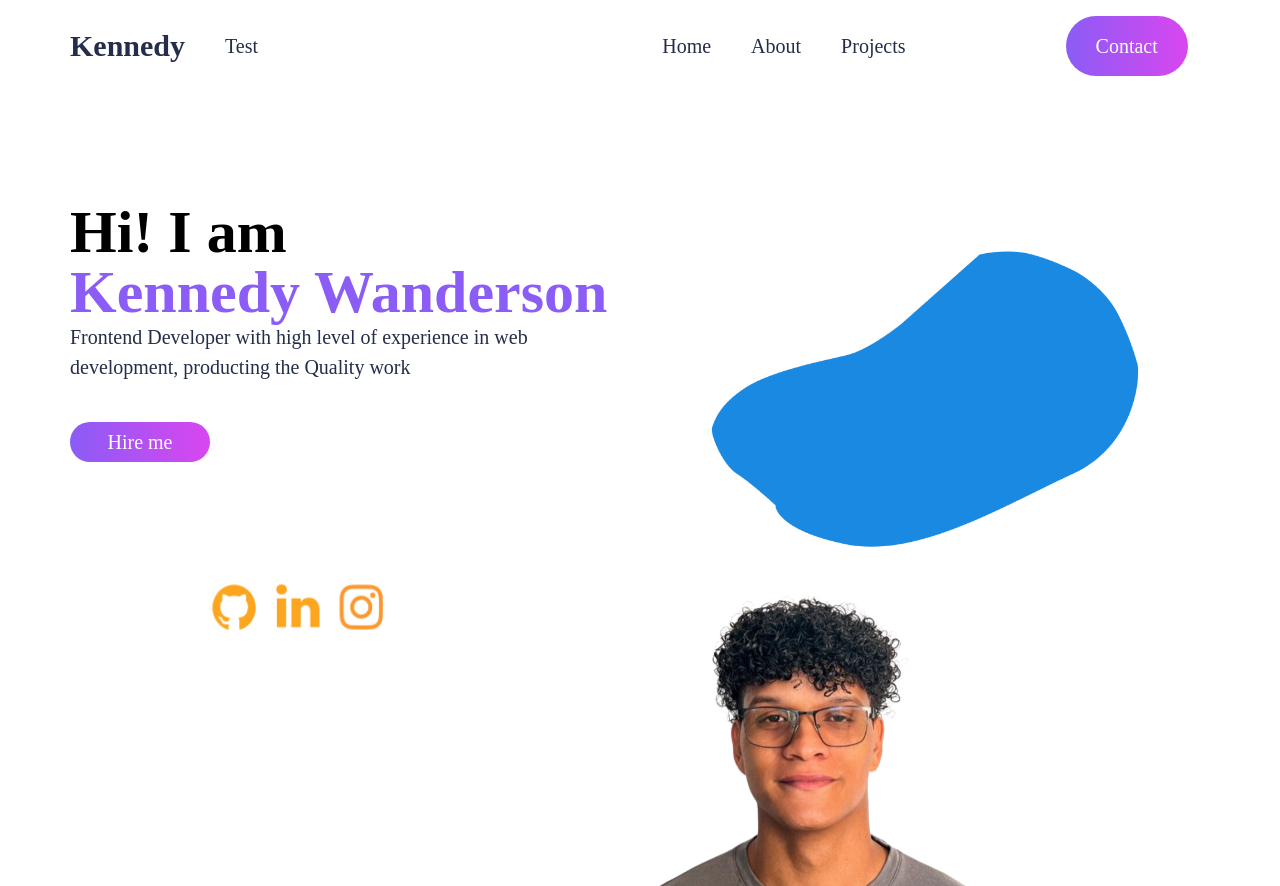
Repository: KennedyWanderson/portfolio
Page: /
These files come from the project's save history. The page is drawn as it stood at one moment and after a run of saves; the edit follows.
The browser window is 1280 px wide. The pictures show the whole page.
Some web fonts or font styles are not loaded; a fallback is used. The project was rebuilt for these pictures with package versions that can differ from the ones it lists, and the page was loaded fresh each time.

Above is the page before, as saved 2024-01-17 11:36:47.

### public/index.html
<!DOCTYPE html>
<html lang="en">
  <head>
    <meta charset="utf-8" />
    <link rel="icon" href="%PUBLIC_URL%/favicon.ico" />
    <meta name="viewport" content="width=device-width, initial-scale=1" />
    <meta name="theme-color" content="#000000" />
    <meta
      name="description"
      content="Web site created using create-react-app"
    />

    <style>
      @font-face{
        font-family: Gumela;
        src: url('../src/fonts/*');
      }

      *{
        font-family: 'Gumela';
        font-weight: normal;
        font-size: 20px;
      }
      body{
        margin: 0;
      }
    </style>
    <link rel="apple-touch-icon" href="%PUBLIC_URL%/logo192.png" />
    <!--
      manifest.json provides metadata used when your web app is installed on a
      user's mobile device or desktop. See https://developers.google.com/web/fundamentals/web-app-manifest/
    -->
    <link rel="manifest" href="%PUBLIC_URL%/manifest.json" />
    <!--
      Notice the use of %PUBLIC_URL% in the tags above.
      It will be replaced with the URL of the `public` folder during the build.
      Only files inside the `public` folder can be referenced from the HTML.

      Unlike "/favicon.ico" or "favicon.ico", "%PUBLIC_URL%/favicon.ico" will
      work correctly both with client-side routing and a non-root public URL.
      Learn how to configure a non-root public URL by running `npm run build`.
    -->
    <title>React App</title>
  </head>
  <body>
    <noscript>You need to enable JavaScript to run this app.</noscript>
    <div id="root"></div>
    <!--
      This HTML file is a template.
      If you open it directly in the browser, you will see an empty page.

      You can add webfonts, meta tags, or analytics to this file.
      The build step will place the bundled scripts into the <body> tag.

      To begin the development, run `npm start` or `yarn start`.
      To create a production bundle, use `npm run build` or `yarn build`.
    -->
  </body>
</html>

### src/index.css
@import 'tailwindcss/base';
@import 'tailwindcss/components';
@import 'tailwindcss/utilities';

:root
{
  --yellow: #F5C32C;
    --orange : #FCA61F;
    --black : #242D49;
    --gray : #788097;
    --blueCard : #DDF8FE;
    --purple: rgb(238 210 255);
    --boxShadow : 0px 19px 60px rgb(0 0 0 / 8%);
    --orangeCard: rgba(252, 166, 31, 0.45);
    --smboxShadow: -79px 51px 60px rgba(0, 0, 0, 0.08);
}

.App{
    padding: 0.5rem 3.5rem;
    overflow: hidden;
    color: var(--black);
}

### src/App.js
import logo from './logo.svg';
import './App.css';
import './index.css'
import Navbar from './Components/Navbar/Navbar';
import About from './Components/About/About';

function App() {
  return (
    <div className="App">
      <Navbar />
      <About />
    </div>
  );
}

export default App;

### src/App.css
@import 'tailwindcss/base';
@import 'tailwindcss/components';
@import 'tailwindcss/utilities';

:root
{
  --yellow: #F5C32C;
    --orange : #FCA61F;
    --black : #242D49;
    --gray : #788097;
    --blueCard : #DDF8FE;
    --purple: rgb(238 210 255);
    --boxShadow : 0px 19px 60px rgb(0 0 0 / 8%);
    --orangeCard: rgba(252, 166, 31, 0.45);
    --smboxShadow: -79px 51px 60px rgba(0, 0, 0, 0.08);
}

.App{
    padding: 0.5rem 3.5rem;
    overflow: hidden;
    color: var(--black);
}

.button{
  border-radius: 34px;
  border: none;
  color: white;
  font-size: 16px;
  padding: 10px;
}

### src/Components/Navbar/Navbar.jsx
import React from "react";

const Navbar = () => {
    return(             //h-screen
        <div className="h-[10vh] flex justify-between">
            <div className="flex-1 flex items-center gap-8">
                <div className="text-2xl font-bold">Kennedy</div>
                <span>Test</span>
            </div>
            <div className="flex flex-1 items-center justify-center font-normal">
                <div className="flex-grow-10">
                    <ul className="flex gap-8 mr-32 hover:cursor-grab">
                        <li className="hover:text-orange-500">Home</li>
                        <li className="hover:text-orange-500">About</li>
                        <li className="hover:text-orange-500">Projects</li>
                    </ul>
                </div>
                <button className=" rounded-3xl	border-none	text-white text-base pt-3 p-3 pr-6 pl-6 bg-gradient-to-r from-violet-500 to-fuchsia-500
                hover:cursor-grab bg-white hover:text-orange-500
                ">Contact</button>
            </div>
        </div>
    )
}

export default Navbar;

### src/Components/About/About.jsx
import React from "react";
import Github from '../../img/github.png'
import Instagram from '../../img/instagram.png'
import Linkedin from '../../img/linkedin.png'
import Profile from '../../img/eu.png'
import Vector1 from '../../img/Vector1.png'
import Vector2 from '../../img/Vector2.png'



const About = () => {
    return (
        <div className="flex h-[77vh] my-24">
            <div className="flex flex-col relative flex-1 gap-8">
                <div className="flex flex-col">
                    <span className="text-black font-bold text-5xl">Hi! I am</span>
                    <span className="text-violet-500 font-bold text-5xl">Kennedy Wanderson</span>
                    <span>Frontend Developer with high level of experience
                        in web development, producting the Quality work                   </span>
                </div>
                <button className="rounded-3xl	border-none	text-white text-base pt-3 p-3 pr-6 pl-6 bg-gradient-to-r from-violet-500 to-fuchsia-500
                hover:cursor-grab bg-white hover:text-orange-500 w-28 h-8 flex justify-center items-center">Hire me</button>
                <div className="mt-12 flex gap-8 scale-50 hover:cursor-grab">
                    <a href="https://github.com/KennedyWanderson">
                        <img src={Github} alt="" />
                    </a>
                    <a href="https://www.linkedin.com/in/kennedy-wanderson/">
                        <img src={Linkedin} alt="" />
                    </a>
                    <a href="https://www.instagram.com/_dev.kennedy/">
                        <img src={Instagram} alt="" />
                    </a>
                </div>
            </div>
            <div className="flex-1 flex relative">
                <div className="z-[1] absolute ">
                    <img className="scale-75 left-neg-15 top-neg-9" src={Vector1} alt="" />
                    <img className="scale-145 left-28" src={Profile} alt="" />
                </div>
            </div>
        </div>
    )
}

export default About;

Loaded but not shown: src/index.js (common file); src/reportWebVitals.js (common file); tailwind.config.js (common file)

After the next 2 saves:
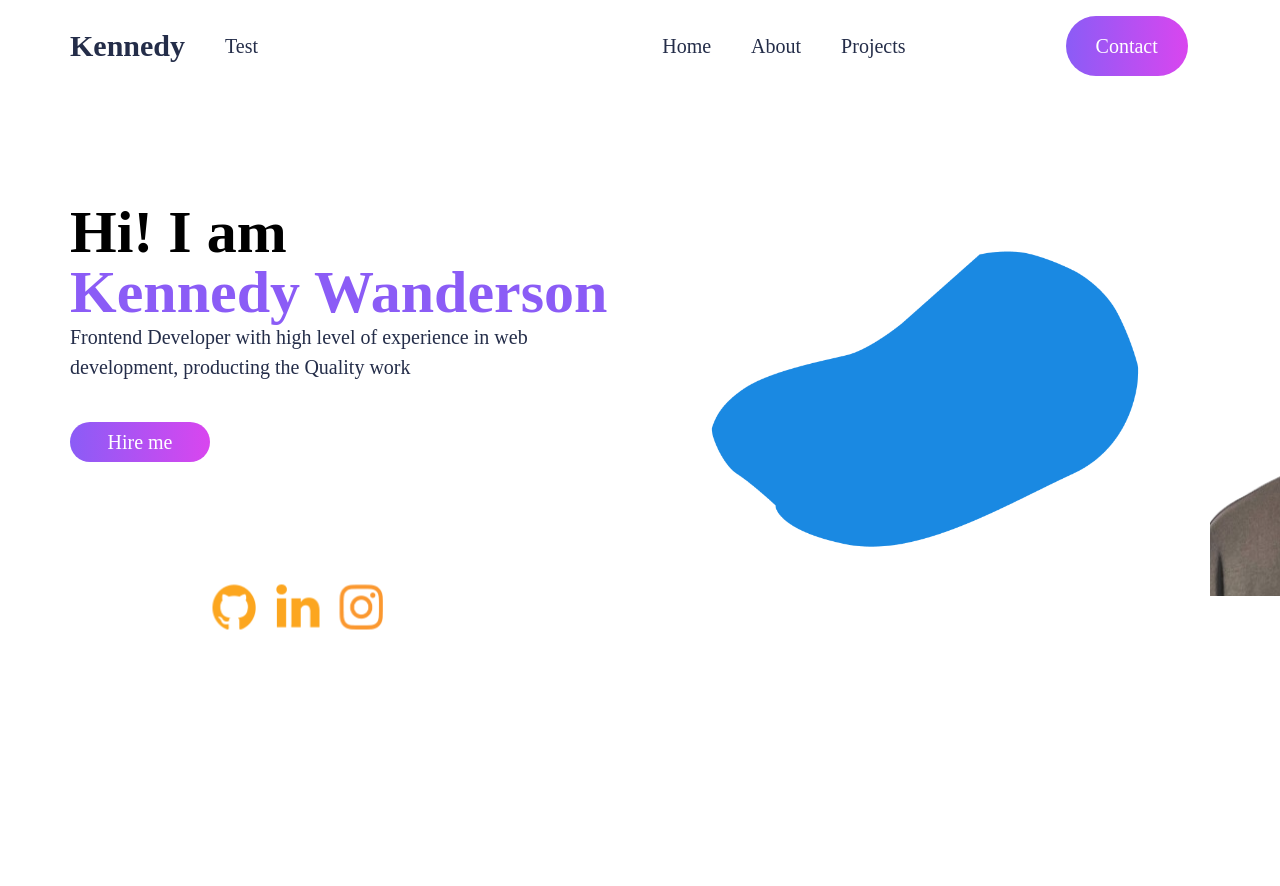
The 2 saves are shown as one change because they came seconds apart.
The last was saved 10 s later.
--- a/src/Components/About/About.jsx
+++ b/src/Components/About/About.jsx
@@ -32,8 +32,8 @@
                     </a>
                 </div>
             </div>
-            <div className="flex-1 flex relative">
-                <div className="z-[1] absolute ">
+            <div className="flex-1 relative">
+                <div className="z-[1] flex absolute ">
                     <img className="scale-75 left-neg-15 top-neg-9" src={Vector1} alt="" />
                     <img className="scale-145 left-28" src={Profile} alt="" />
                 </div>

After the save that followed:
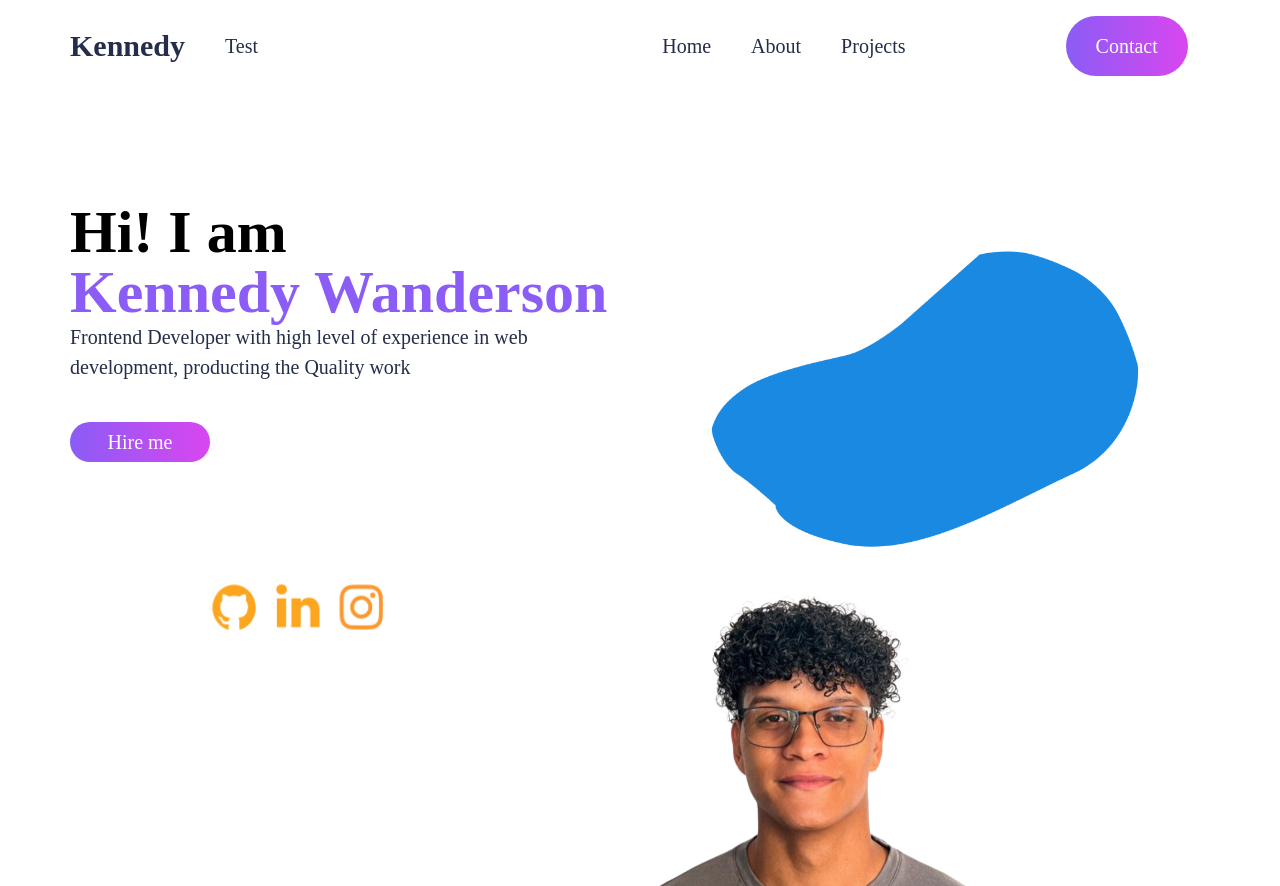
Saved 8 s later.
--- a/src/Components/About/About.jsx
+++ b/src/Components/About/About.jsx
@@ -33,7 +33,7 @@
                 </div>
             </div>
             <div className="flex-1 relative">
-                <div className="z-[1] flex absolute ">
+                <div className="z-[1] absolute ">
                     <img className="scale-75 left-neg-15 top-neg-9" src={Vector1} alt="" />
                     <img className="scale-145 left-28" src={Profile} alt="" />
                 </div>
